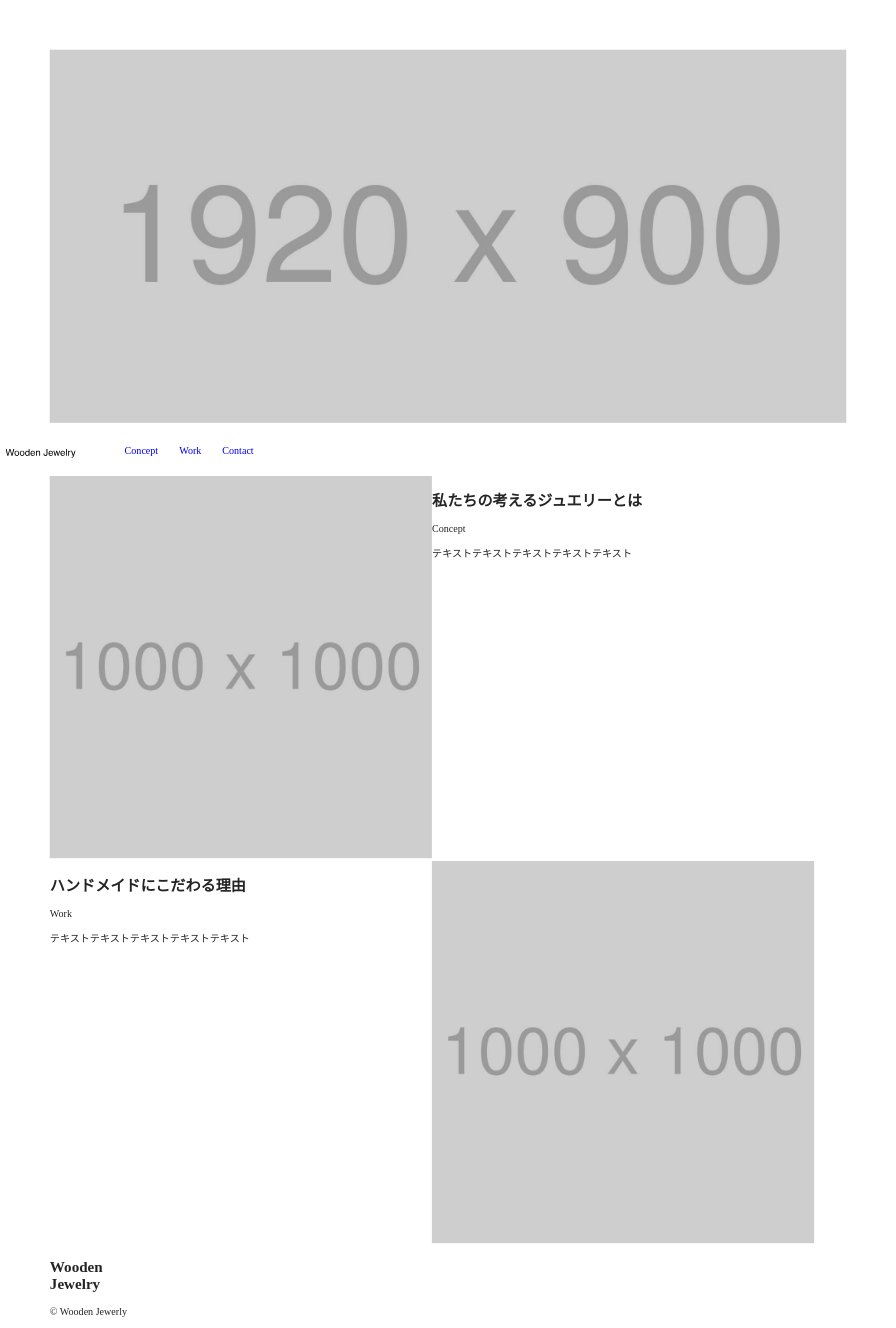
Repository: Fuki-san/jewelry
Page: http://localhost/jewelry
These files come from the project's save history. The page is drawn as it stood at one moment and after a run of saves; the edit follows.
The browser window is 1280 px wide. The pictures show the whole page, at 70% of full size.
The page is served by the project's Laravel application, run on PHP 8.4 with Laravel 10.

Above is the page before, as saved 2023-11-25 14:35:25.

After the next 2 saves:
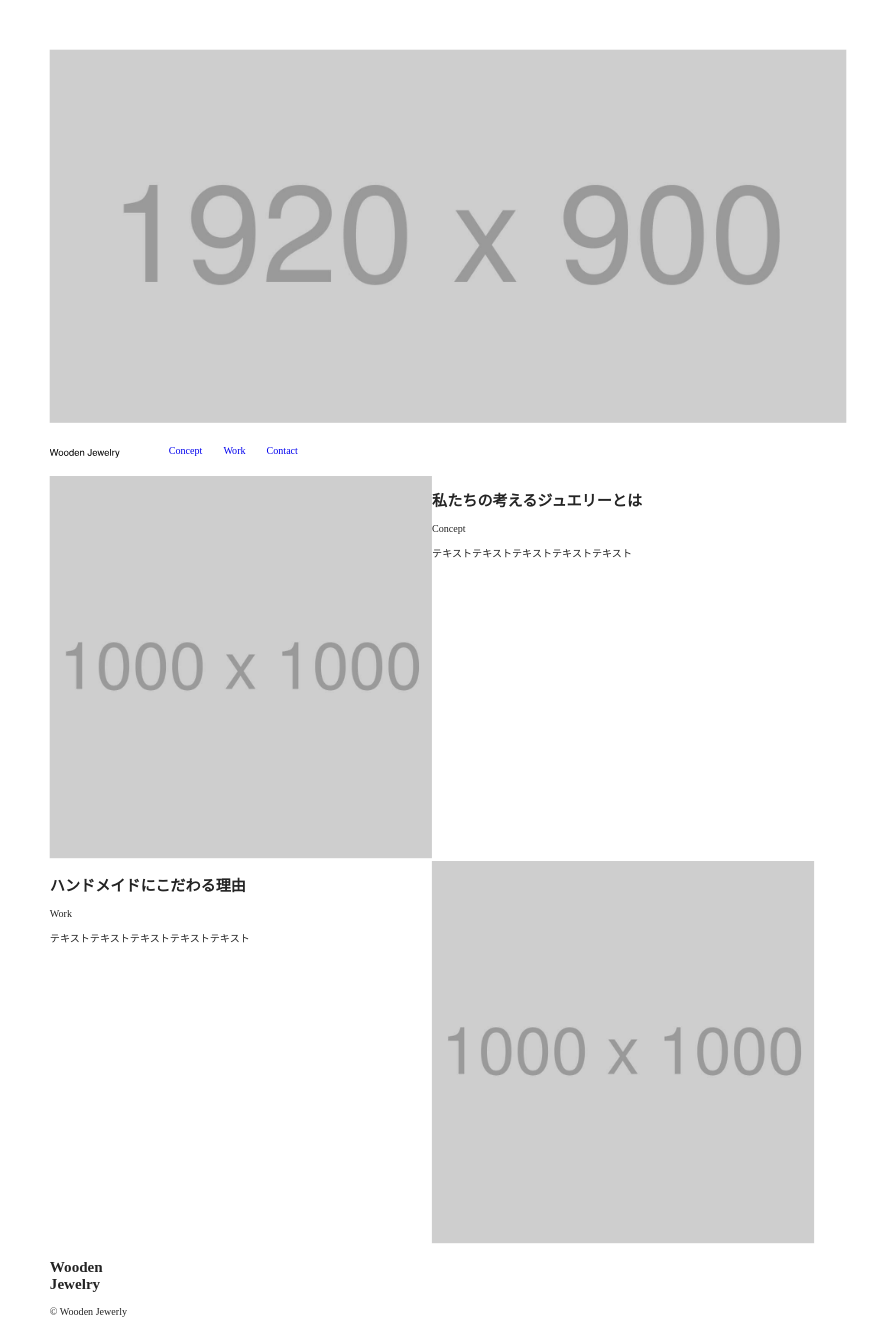
The 2 saves are shown as one change because they came seconds apart.
The last was saved 24 s later.
--- a/public/css/style.css
+++ b/public/css/style.css
@@ -38,6 +38,7 @@ img{
 #header{
     display: flex;
     align-items: center;
+    padding: 0 5%;
 }
 #header ul{
     display: flex;
